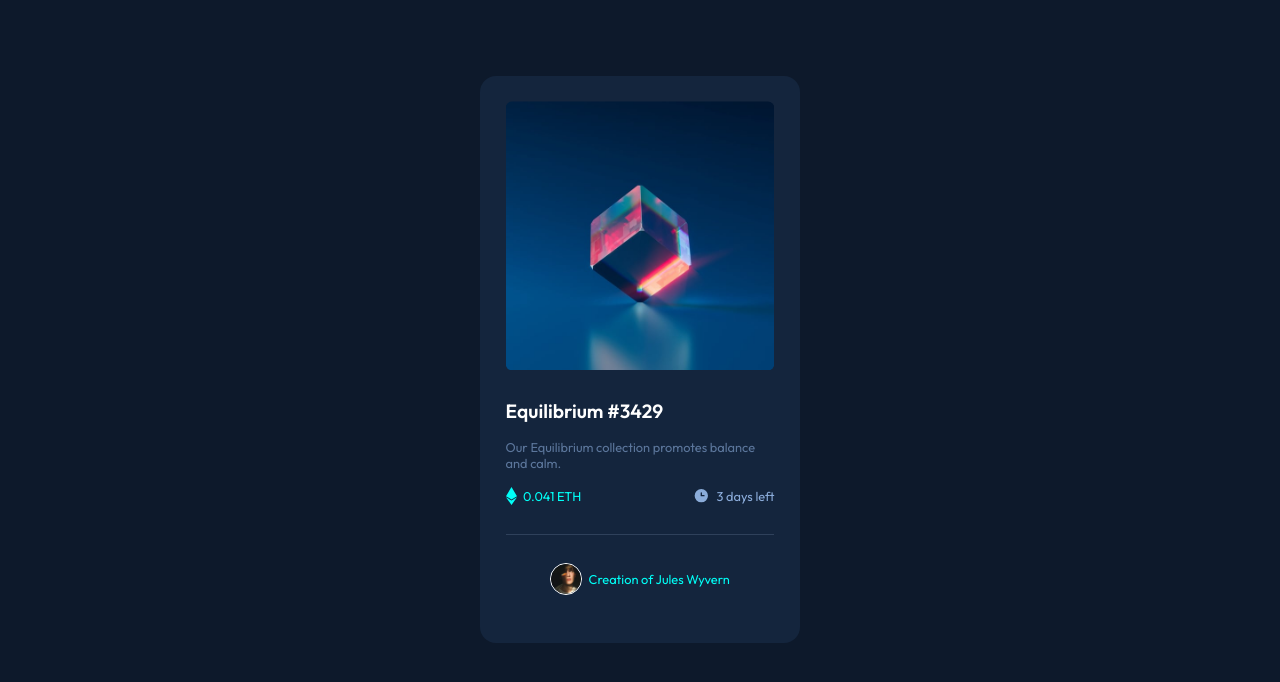
Repository: thaibaocoder1/nft-preview-card-component
Page: index.html
These files come from the project's save history. The page is drawn as it stood at one moment and after a run of saves; the edit follows.
The browser window is 1280 px wide. The pictures show the whole page.

Above is the page before, as saved 2023-01-06 18:58:13.

After the next 2 saves:
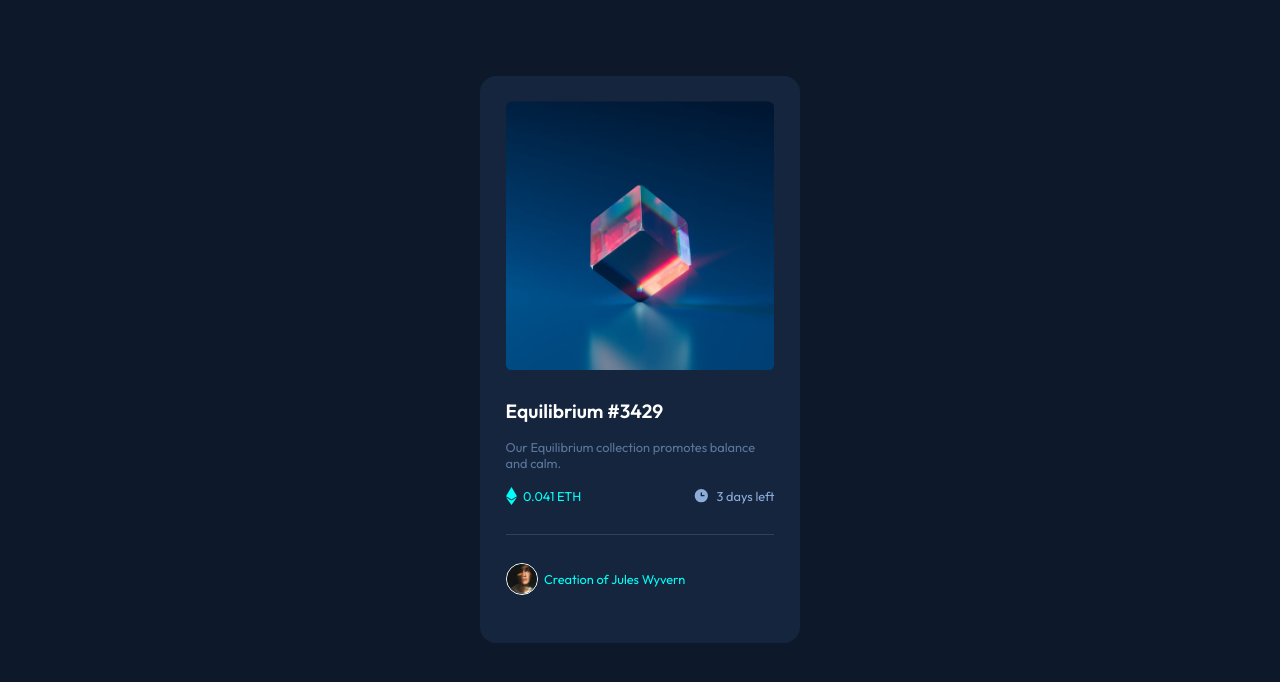
The 2 saves are shown as one change because they came seconds apart.
The last was saved 6 s later.
--- a/style.css
+++ b/style.css
@@ -86,7 +86,6 @@ body {
     padding-top: 1.8rem;
     display: flex;
     align-items: center;
-    justify-content: center;
 }
 .container .container-footer .container-date--image {
     width: 2rem;
